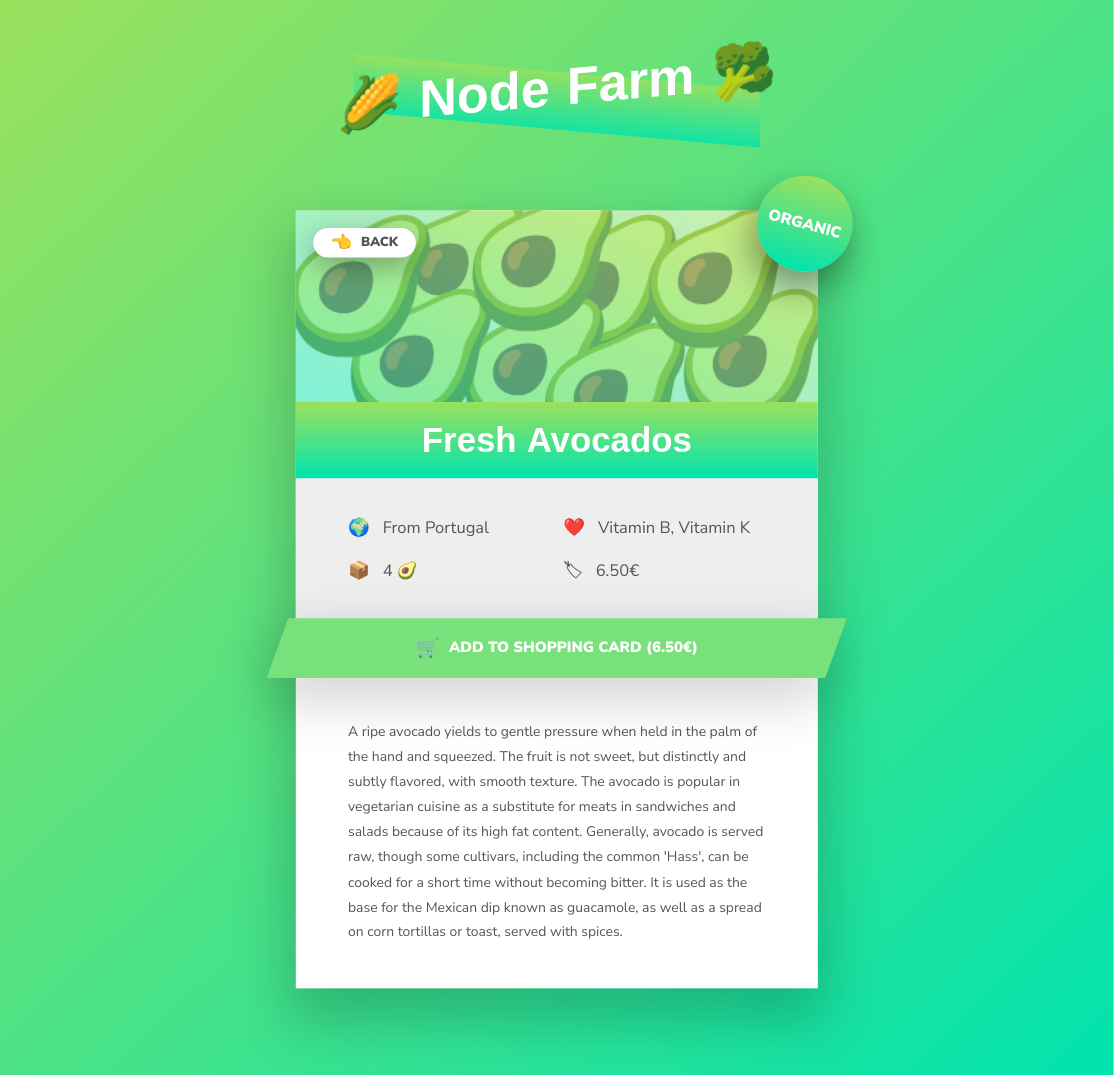
Repository: 13-Joban/Node_Farm_Backend
Page: templates/product.html
These files come from the project's save history. The page is drawn as it stood at one moment and after a run of saves; the edit follows.
The browser window is 1280 px wide. The pictures show the whole page, at 87% of full size.
Some web fonts or font styles are not loaded; a fallback is used.

Above is the page before, as saved 2022-07-16 15:37:09.

After the next 3 saves:
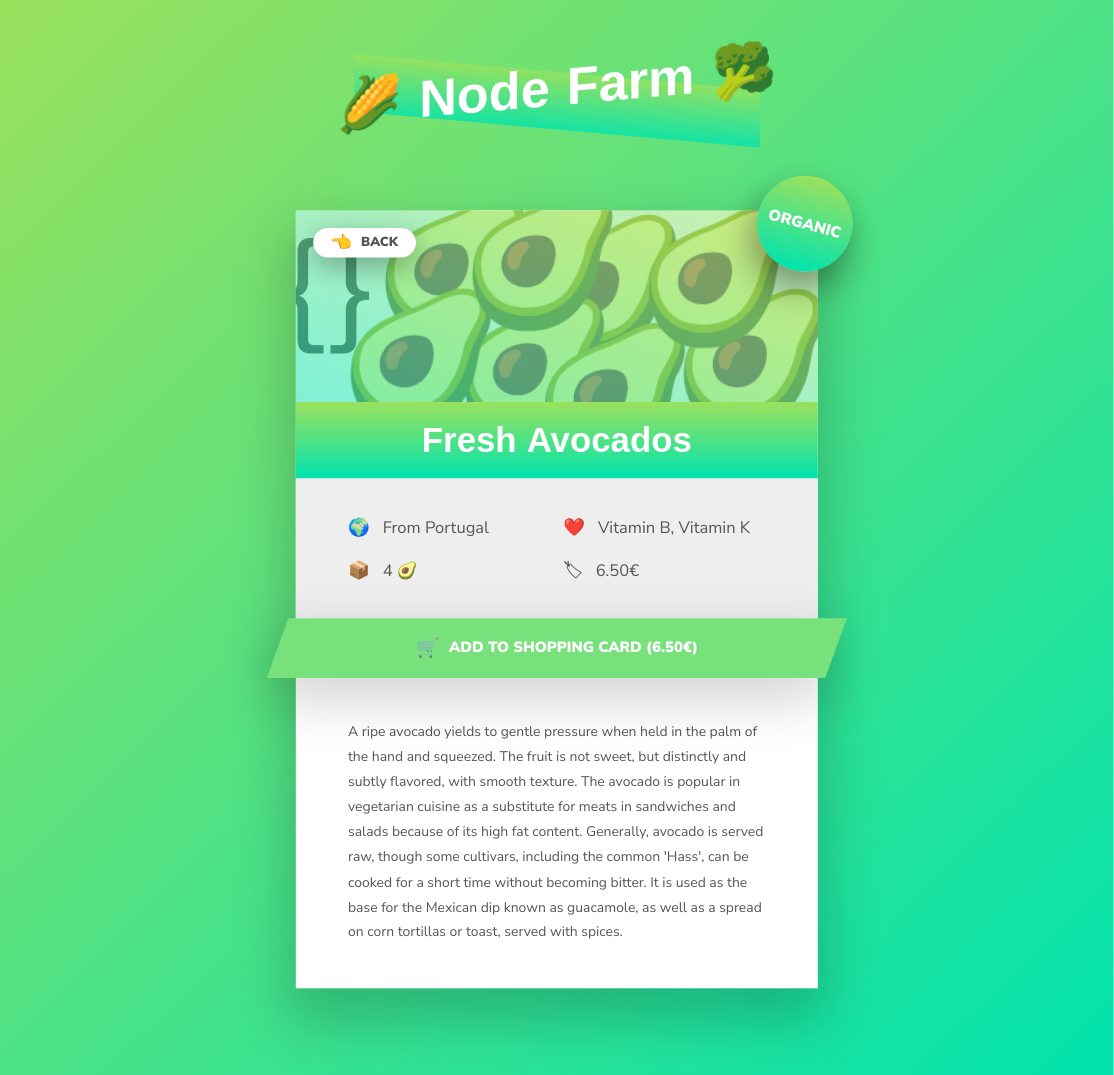
The 3 saves are shown as one change because they came seconds apart.
The last was saved 79 min 44 s later.
--- a/templates/product.html
+++ b/templates/product.html
@@ -275,7 +275,7 @@
           <span class="emoji-left">👈</span>Back
         </a>
         <div class="product__hero">
-          <span class="product__emoji product__emoji--1">🥑</span>
+          <span class="product__emoji product__emoji--1">{}</span>
           <span class="product__emoji product__emoji--2">🥑</span>
           <span class="product__emoji product__emoji--3">🥑</span>
           <span class="product__emoji product__emoji--4">🥑</span>
